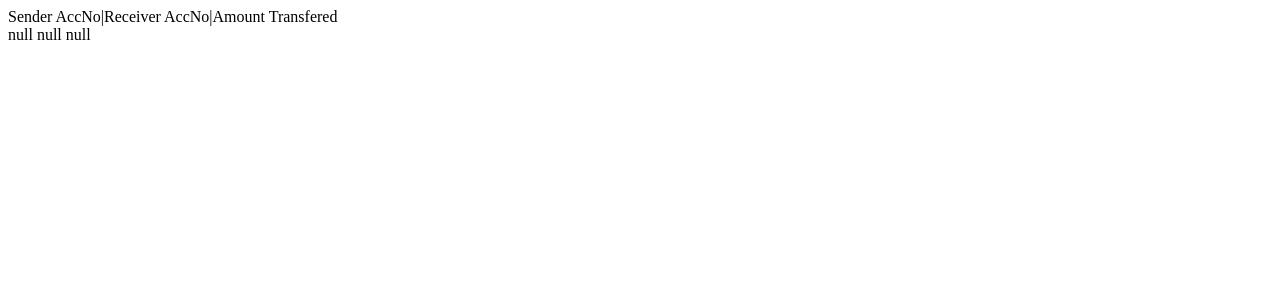
Repository: DEEKSHITH-GD/Banking-Application-using-Servlets
Page: http://localhost/BankingApplication_Servlets/StatementSuccess.jsp
The author's editor kept a copy of each file at every save. The page is drawn from the files as they stood at one save, then again after the next save.
The browser window is 1280 px wide. The pictures show the whole page.
The page is served by Tomcat 9. Other server files are loaded and not shown.

Above is the page before, as saved 2024-01-03 18:15:20.

### Banking Application using Servlets/BankingApplication_Servlets/src/main/webapp/StatementSuccess.jsp
<%@ page language="java" contentType="text/html; charset=ISO-8859-1"
    pageEncoding="ISO-8859-1"%>
<!DOCTYPE html>
<html>
<head>
<meta charset="ISO-8859-1">
<title>Success</title>
</head>
<body>
	<%
		session = request.getSession();
		out.println("Sender AccNo|Receiver AccNo|Amount Transfered");
		out.println("<br>");
		out.println(session.getAttribute("sal") +"  ");
		out.println(session.getAttribute("ral") +"  ");
		out.println(session.getAttribute("al"));
		out.println("<br>");
	%>
</body>
</html>

After the next save:
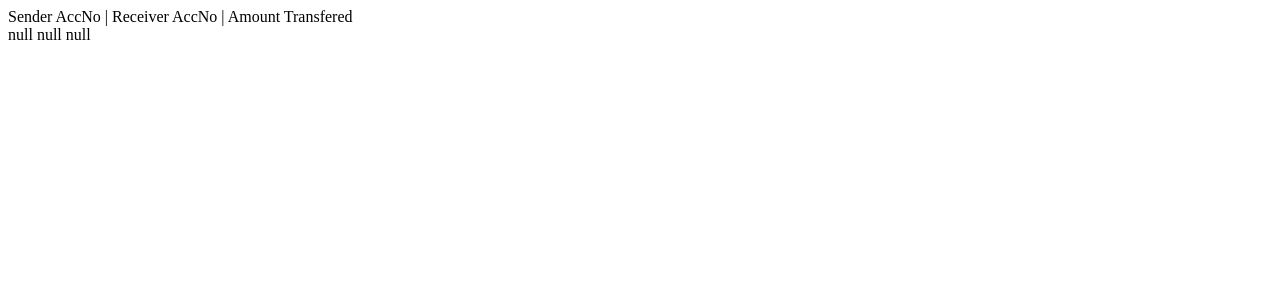
Saved 2 min 38 s later.
--- a/Banking Application using Servlets/BankingApplication_Servlets/src/main/webapp/StatementSuccess.jsp
+++ b/Banking Application using Servlets/BankingApplication_Servlets/src/main/webapp/StatementSuccess.jsp
@@ -9,7 +9,7 @@
 <body>
 	<%
 		session = request.getSession();
-		out.println("Sender AccNo|Receiver AccNo|Amount Transfered");
+		out.println("Sender AccNo | Receiver AccNo | Amount Transfered");
 		out.println("<br>");
 		out.println(session.getAttribute("sal") +"  ");
 		out.println(session.getAttribute("ral") +"  ");
